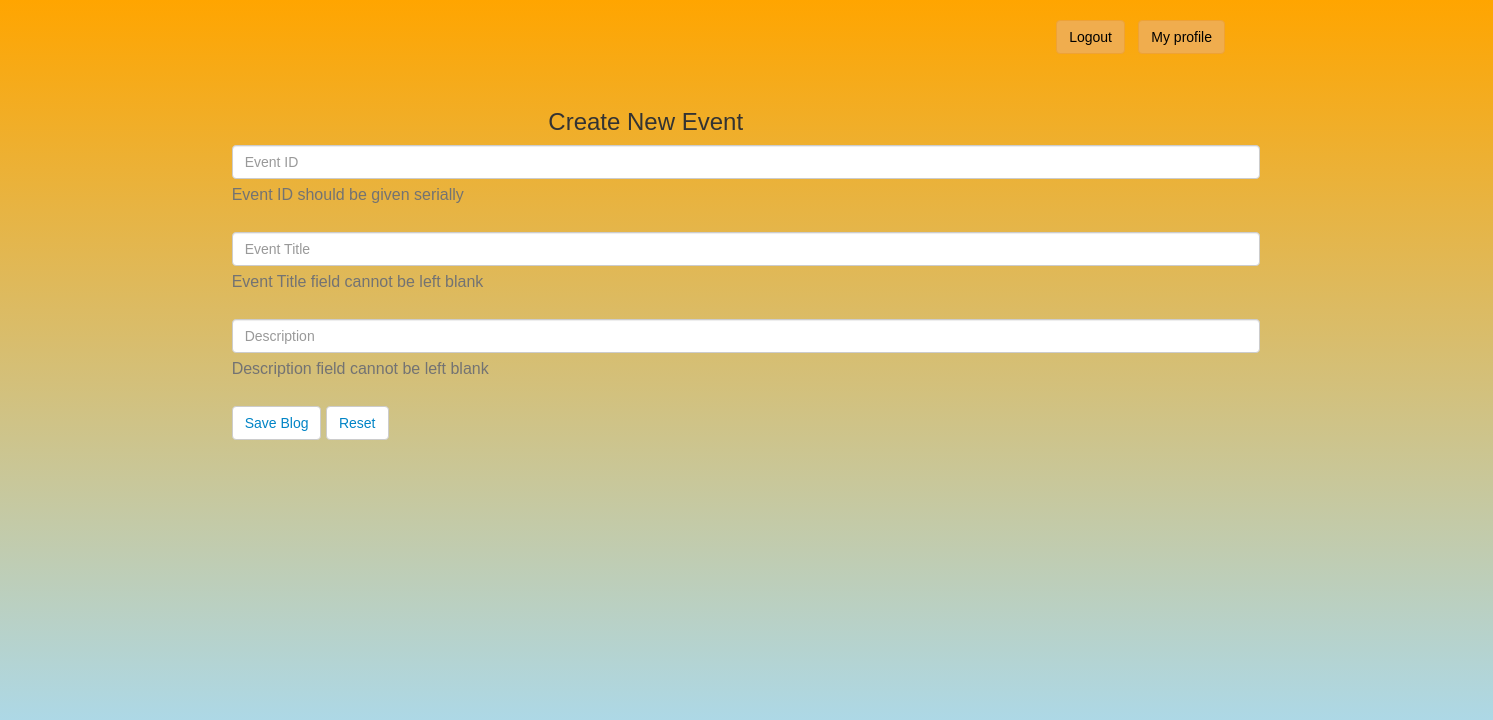
Repository: KaustubhKamat/CollaborationPlatform
Page: CollaborationFrontEnd/WebContent/c_event/CreateEvent.html
An editor plug-in stored every save of this project. The page is shown before and after the next save, followed by the edit.
The browser window is 1280 px wide. The page is 1493 px wide, so the pictures cover 1493 px, including what lies to the right of the window. The pictures show the whole page.
Some web libraries are served in a nearby version.

Above is the page before, as saved 2017-03-14 16:39:14.

### CollaborationFrontEnd/WebContent/c_event/CreateEvent.html
<html>
<head>
<meta charset="ISO-8859-1">
<title>Insert title here</title>
<link rel="stylesheet"
	href="https://maxcdn.bootstrapcdn.com/bootstrap/3.3.7/css/bootstrap.min.css">
<script
	src="https://ajax.googleapis.com/ajax/libs/jquery/1.12.4/jquery.min.js"></script>
<link rel="stylesheet"
	href="https://maxcdn.bootstrapcdn.com/font-awesome/4.4.0/css/font-awesome.min.css">
<script
	src="https://maxcdn.bootstrapcdn.com/bootstrap/3.3.7/js/bootstrap.min.js"></script>
</head>
<body>

<head>

<link rel="stylesheet"
	href="https://maxcdn.bootstrapcdn.com/bootstrap/3.3.7/css/bootstrap.min.css">
<script
	src="https://ajax.googleapis.com/ajax/libs/jquery/3.1.1/jquery.min.js"></script>
<script
	src="https://maxcdn.bootstrapcdn.com/bootstrap/3.3.7/js/bootstrap.min.js"></script>
<style>
body {
	font-family: sans-serif;

}

form {
	margin: 25px auto;
	font-size: medium;
	padding: 10px 20px;
	border-radius: 10px;
	text-align: justify;
}

body {
	background: linear-gradient(orange, lightblue);
}

h2 {
	text-align: center;
}

</style>
<meta http-equiv="Content-Type" content="text/html; charset=ISO-8859-1">
<title>Insert title here</title>
</head>

<body ng-app="">

<div class="UserController as ctrl">
<div class="container">
		<div class="nav navbar-nav navbar-right">
			<h3>
				<a href="#" ng-click="ctrl.logoutUser()" class="btn btn-warning"
					style="color: black"> Logout</a> &nbsp<a href="#/myProfile"
					class="btn btn-warning" style="color: black">My profile</a>
			</h3>
		</div>
		</div>
		</div>

<div ng-controller="EventController as ctrl">

<div class="col-sm-9 col-md-offset-5">
		<h3>Create New Event</h3>
		</div>


<form name="form" ng-submit="ctrl.submit()" class="form-horizontal" role="form">

<div class="form-group" ng-class="{'has-error' : form.id.$dirty && form.id.$error.required}">
    <div class="col-sm-offset-2 col-sm-10">
      <input type="text" class="form-control" placeholder="Event ID" ng-model="ctrl.event.id" id="" name="id" required>
      <span ng-show="form.id.$dirty && form.id.$error.required" class="help-block">Event ID should be given serially </span>
    </div>
  </div>

		<div class="form-group" ng-class="{'has-error' : form.name.$dirty && form.name.$error.required}">
    <div class="col-sm-offset-2 col-sm-10">
      <input type="text" class="form-control" placeholder="Event Title" ng-model="ctrl.event.title" id="" name="title" required>
      <span ng-show="form.title.$dirty && form.title.$error.required" class="help-block">Event Title field cannot be left blank</span>
    </div>
  </div>

   <div class="form-group" ng-class="{'has-error' : form.description.$dirty && form.description.$error.required}">
    <div class="col-sm-offset-2 col-sm-10">
      <input type="text" class="form-control" placeholder="Description" ng-model="ctrl.blog.description" id="description" name="description" required>
      <span ng-show="form.description.$dirty && form.description.$error.required" class="help-block">Description field cannot be left blank</span>
    </div>
  </div>

		<div class="form-group">
			<div class="col-sm-offset-2 col-sm-10">
				<button type="submit" class="btn btn-default" style="color: #0084c6">Save Blog</button>
				<button type="submit" class="btn btn-default" ng-click="ctrl.reset()" style="color: #0084c6">Reset</button>
		</div>
		</div>
	</form>
	</div>


 </body>
 </html>

After the next save:
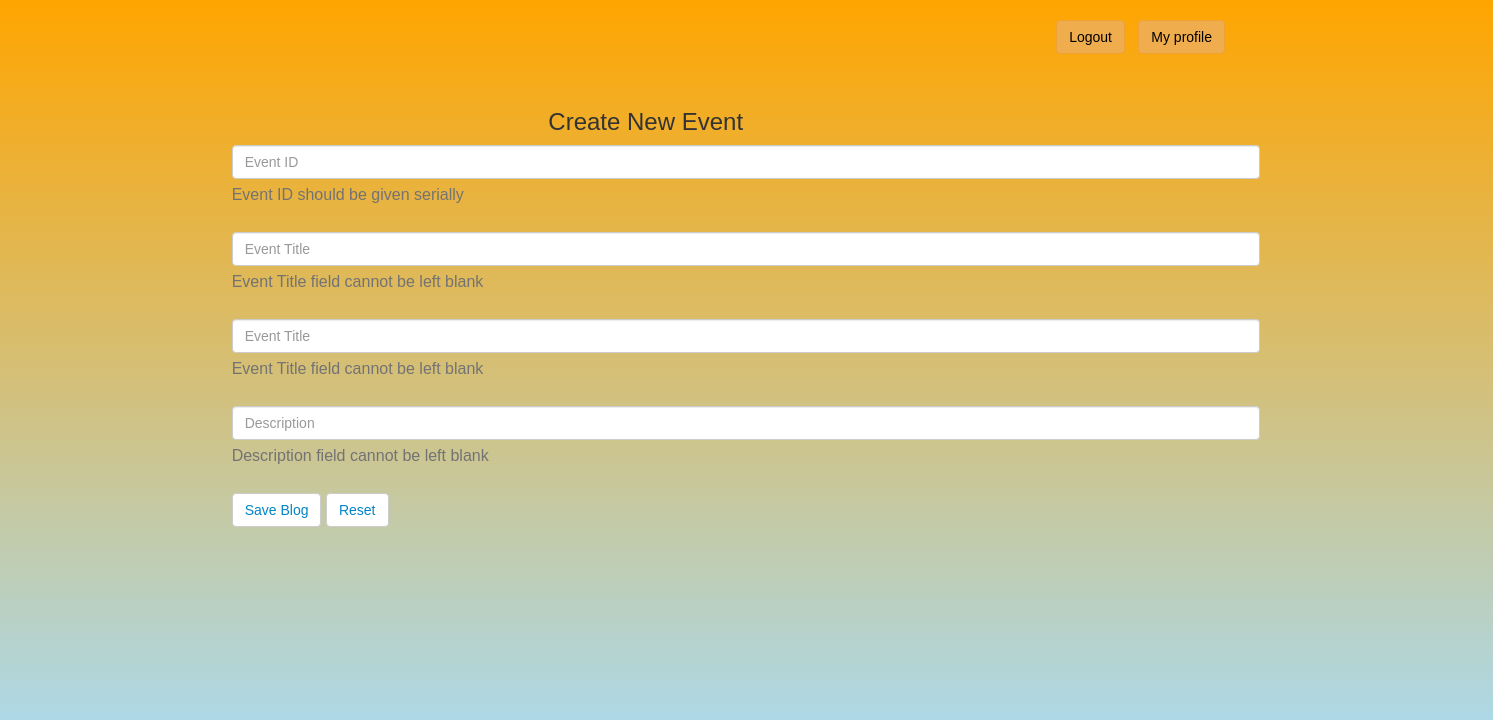
Saved 94 s later.
--- a/CollaborationFrontEnd/WebContent/c_event/CreateEvent.html
+++ b/CollaborationFrontEnd/WebContent/c_event/CreateEvent.html
@@ -85,6 +85,13 @@ h2 {
     </div>
   </div>
 
+  <div class="form-group" ng-class="{'has-error' : form.name.$dirty && form.name.$error.required}">
+    <div class="col-sm-offset-2 col-sm-10">
+      <input type="text" class="form-control" placeholder="Event Title" ng-model="ctrl.event.title" id="" name="title" required>
+      <span ng-show="form.title.$dirty && form.title.$error.required" class="help-block">Event Title field cannot be left blank</span>
+    </div>
+  </div>
+
    <div class="form-group" ng-class="{'has-error' : form.description.$dirty && form.description.$error.required}">
     <div class="col-sm-offset-2 col-sm-10">
       <input type="text" class="form-control" placeholder="Description" ng-model="ctrl.blog.description" id="description" name="description" required>
